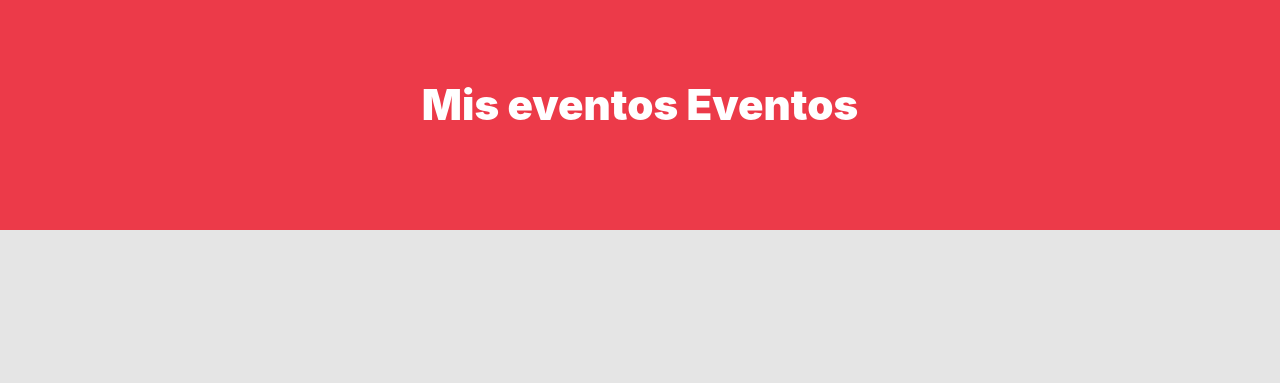
Repository: harrycampaz/eventos-reactjs
Page: /
The author's editor kept a copy of each file at every save. The page is drawn from the files as they stood at one save, then again after the next save.
The browser window is 1280 px wide. The pictures show the whole page.
The page's requests for data from a server got no answer. Some web libraries are served in a nearby version. The project was rebuilt for these pictures with package versions that can differ from the ones it lists, and the page was loaded fresh each time. No one was signed in, and anything a server would have sent is missing.

Above is the page before, as saved 2020-01-17 15:57:45.

### public/index.html
<!DOCTYPE html>
<html lang="en">
  <head>
    <meta charset="utf-8" />
    <link rel="icon" href="%PUBLIC_URL%/favicon.ico" />
    <meta name="viewport" content="width=device-width, initial-scale=1" />
    <meta name="theme-color" content="#000000" />
    <meta
      name="description"
      content="Web site created using create-react-app"
    />
    <link rel="apple-touch-icon" href="%PUBLIC_URL%/logo192.png" />
    <!--
      manifest.json provides metadata used when your web app is installed on a
      user's mobile device or desktop. See https://developers.google.com/web/fundamentals/web-app-manifest/
    -->
    <link rel="manifest" href="%PUBLIC_URL%/manifest.json" />
    <link href="https://fonts.googleapis.com/css?family=Lato:400,900" rel="stylesheet">
    <link rel="stylesheet" href="https://cdnjs.cloudflare.com/ajax/libs/uikit/3.0.0-rc.6/css/uikit.min.css" />


    <!--
      Notice the use of %PUBLIC_URL% in the tags above.
      It will be replaced with the URL of the `public` folder during the build.
      Only files inside the `public` folder can be referenced from the HTML.

      Unlike "/favicon.ico" or "favicon.ico", "%PUBLIC_URL%/favicon.ico" will
      work correctly both with client-side routing and a non-root public URL.
      Learn how to configure a non-root public URL by running `npm run build`.
    -->
    <title>React App</title>
  </head>
  <body>
    <noscript>You need to enable JavaScript to run this app.</noscript>
    <div id="root"></div>
    <!--
      This HTML file is a template.
      If you open it directly in the browser, you will see an empty page.

      You can add webfonts, meta tags, or analytics to this file.
      The build step will place the bundled scripts into the <body> tag.

      To begin the development, run `npm start` or `yarn start`.
      To create a production bundle, use `npm run build` or `yarn build`.
    -->
    <script src="https://cdnjs.cloudflare.com/ajax/libs/uikit/3.0.0-rc.6/js/uikit.min.js"></script>
<script src="https://cdnjs.cloudflare.com/ajax/libs/uikit/3.0.0-rc.6/js/uikit-icons.min.js"></script>

  </body>
</html>

### src/index.css
html {
  height: 100%;
}
body {
  margin: 0;
  padding: 0;
  font-family: 'Lato', sans-serif;
  background-color: #e5e5e5;
  min-height: 100%;
}

header {
  background-color: #ec3a49;
  color: white;
  padding: 5rem 0;
}
h1 {
  color: white;
  font-weight: 900;
}
.uk-button {
  width: 100%;
  background-color: #ec3a49;
}

### src/App.js
import React, { Fragment } from 'react';
import Header from './components/ui/Header';
import CategoriesProvider from './context/CategoriesContext'


function App() {
  return (
    <CategoriesProvider>
      <Header/>
    </CategoriesProvider>
  );
}

export default App;

### src/components/ui/Header.js
import React from 'react';
import PropTypes from 'prop-types';

const Header = props => {
    return (

        <header  className="uk-margin" uk-margin = "true">
            <h1  className="uk-text-center"> Mis eventos Eventos </h1>
        </header>
    );
};

Header.propTypes = {

};

export default Header;

### src/context/CategoriesContext.js
import React, { Component } from 'react';
import {GLOBAL} from '../config/constants'
import axios from 'axios';

//Context
const  CategoriesContext = React.createContext();
export const CategoriesConsumer = CategoriesContext.Consumer;
class CategoriesProviders extends Component {

    token = GLOBAL.apiKey;

    state = {

    }
    componentDidMount(){
        this.getCategories();
    }

    getCategories = async () => {

        let url = `https://www.eventbriteapi.com/v3/categories/?token=${this.token}&locale=es_ES`;


        let categories= await axios.get(url);

        console.log(categories.data.categories);

        this.setState({
            categories: categories.data.categories
        })


    }
    render() {
        return (
          <CategoriesContext.Provider
          value = {{
             categories: this.state.categories
          }}
          >

              {this.props.children}

          </CategoriesContext.Provider>
        );
    }
}


export default CategoriesProviders;

### src/config/constants.js
export const GLOBAL = {
    apiKey: "3UC7OOEM2PUS3H6EEJ4F"
}

### src/components/Search.js
import React, { Component } from "react";
import PropTypes from "prop-types";

class Search extends Component {
  state = {
    name: "",
    category: ""
  };
  render() {
    return (
      <form>
        <fieldset className="uk-fieldset uk-margin">
          <legend className="uk-legend uk-text-center">
            Busca evento por nombre o categoria
          </legend>
        </fieldset>

        <div className="uk-column-1-3@m uk-margin">
          <div className="uk-margin" uk-margin="true">
            <input
              name="name"
              className="uk-input"
              type="text"
              placeholder="Nombre de evento"
            />
          </div>
          <div className="uk-margin" uk-margin="true">
              <select className="uk-select" name = "category">

              </select>
          </div>

<div>
    <input type ="submit" className="uk-button uk-button-danger" value="Buscar"/>
</div>

        </div>
      </form>
    );
  }
}

Search.propTypes = {};

export default Search;

Loaded but not shown: src/index.js (common file); src/serviceWorker.js (common file)

After the next save:
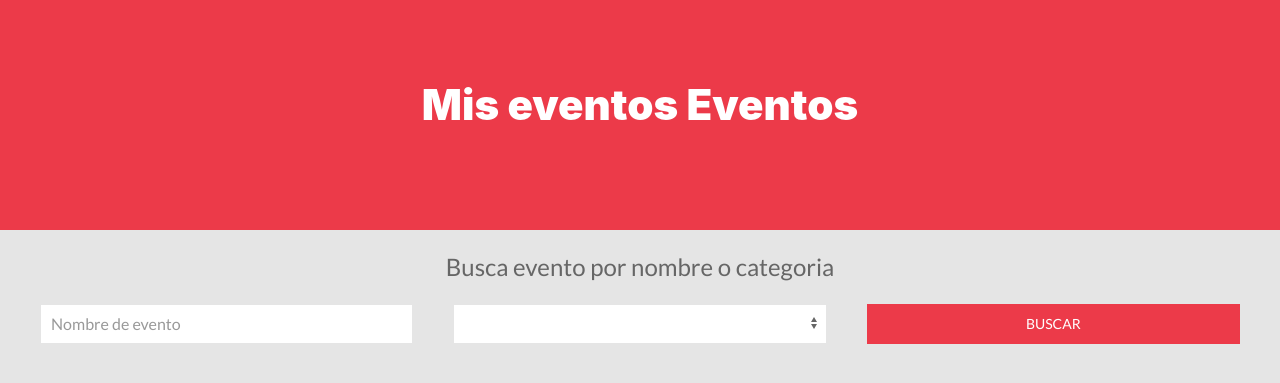
Saved 59 s later.
--- a/src/App.js
+++ b/src/App.js
@@ -1,12 +1,17 @@
 import React, { Fragment } from 'react';
 import Header from './components/ui/Header';
 import CategoriesProvider from './context/CategoriesContext'
+import Search from './components/Search';
 
 
 function App() {
   return (
     <CategoriesProvider>
       <Header/>
+      <div className = "uk-container">
+      <Search/>
+      </div>
+
     </CategoriesProvider>
   );
 }
